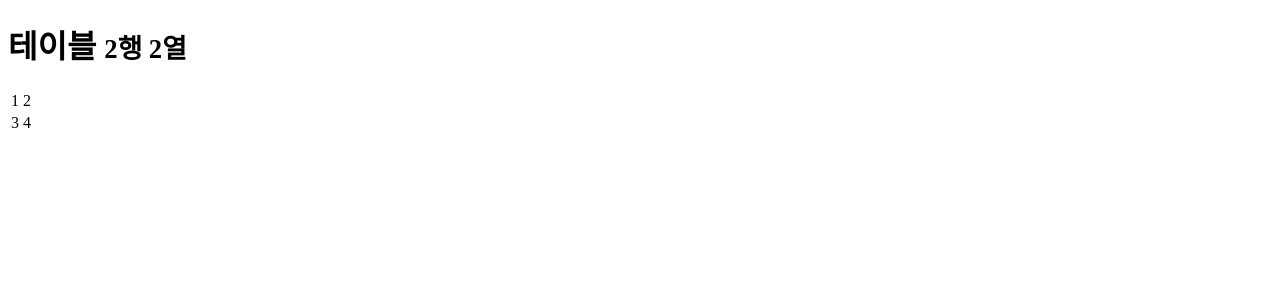
Repository: kmd192kmd/Web
Page: html/HtmlTest/src/main/webapp/ex13_table.html
An editor plug-in stored every save of this project. The page is shown before and after the next save, followed by the edit.
The browser window is 1280 px wide. The pictures show the whole page.

Above is the page before, as saved 2026-02-13 05:15:58.

### html/HtmlTest/src/main/webapp/ex13_table.html
<!DOCTYPE html>
<html>
<head>
<meta charset="UTF-8">
<title>Insert title here</title>
</head>
<body>
	<!-- ex13_table.html -->
	<!--

		표, table

		1. 표를 만들기 위해서 사용
		2. 레이아웃을 만들기 위해서 사용 > CSS


		테이블 구성 요소

		1. <table>
		- 가장 큰 상자
		- 테이블 컨테이너

		2. <tr>
		- 중간 긴 상자
		- Table Row
		- 테이블 행 역할

		3. <td>
		- 가장 작은 상자
		- Table Data
		- 테이블 셀 역할
		- 데이터 담는 역할

	 -->

	 <h1>테이블 <small>2행 2열</small></h1>

	 <table>
	 	<tr>
	 		<td>1</td>
	 		<td>2</td>
	 	</tr>
	 	<tr>
	 		<td>3</td>
	 		<td>4</td>
	 	</tr>
	 </table>

</body>
</html>

After the next save:
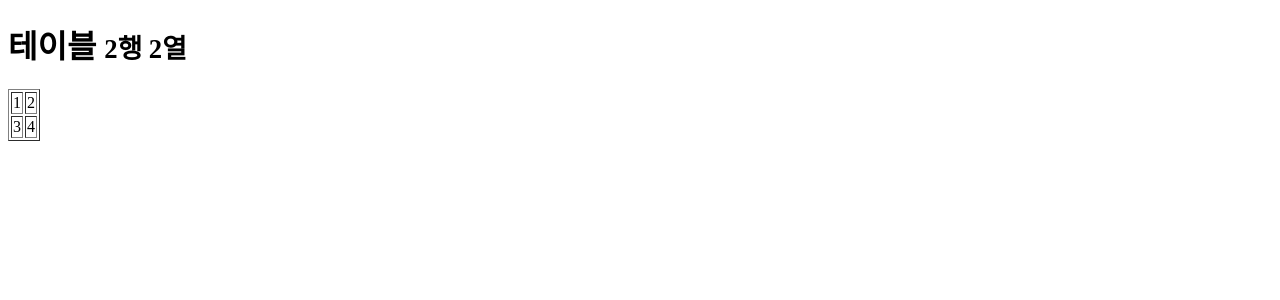
Saved 29 s later.
--- a/html/HtmlTest/src/main/webapp/ex13_table.html
+++ b/html/HtmlTest/src/main/webapp/ex13_table.html
@@ -35,7 +35,7 @@
 
 	 <h1>테이블 <small>2행 2열</small></h1>
 
-	 <table>
+	 <table border="1">
 	 	<tr>
 	 		<td>1</td>
 	 		<td>2</td>
